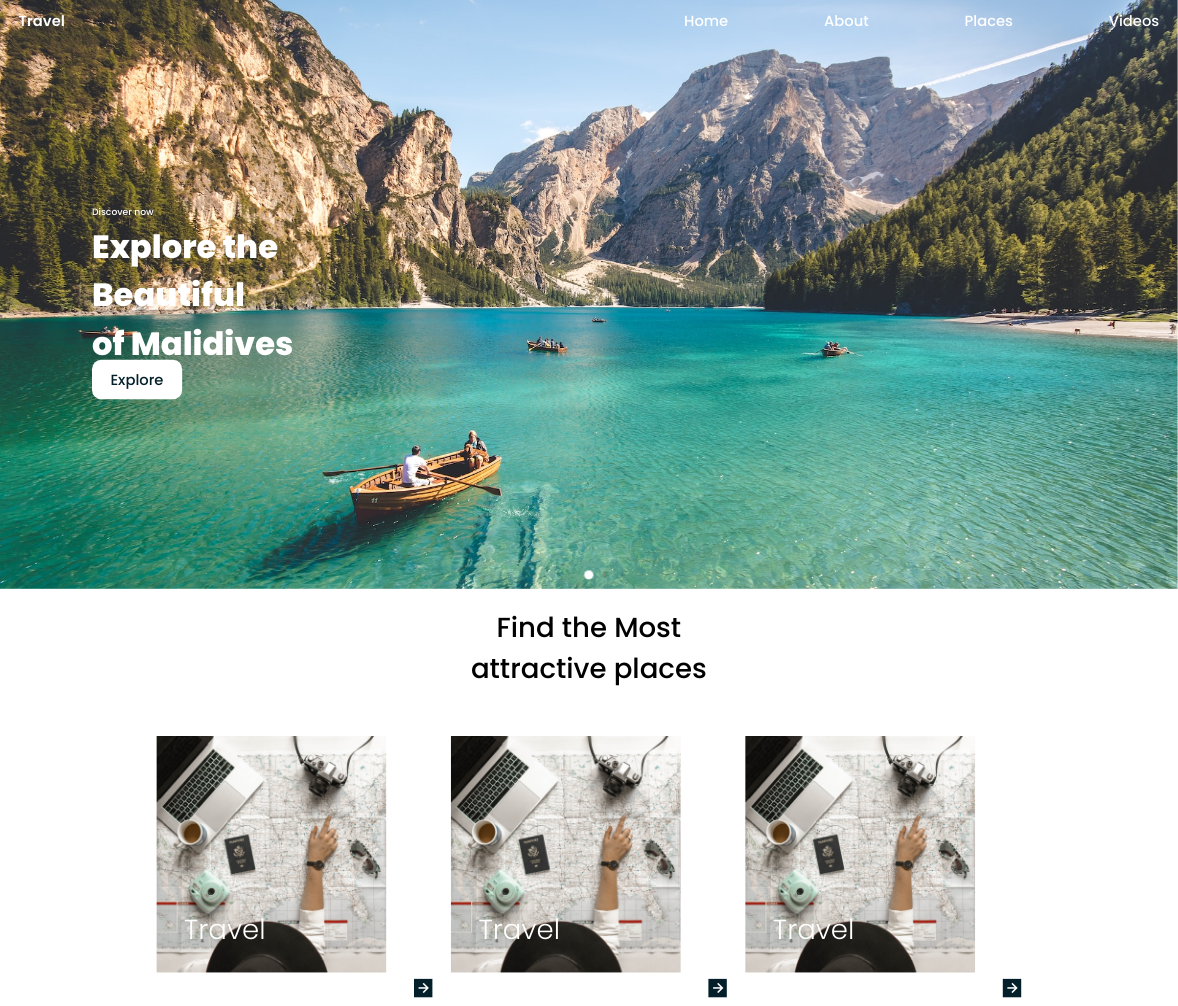
Repository: OmniaRafat232111121/Traveling
Page: index.html
An editor plug-in stored every save of this project. The page is shown before and after the next save, followed by the edit.
The browser window is 1280 px wide. The pictures show the whole page, at 92% of full size.

Above is the page before, as saved 2022-12-20 11:29:35.

### index.html
<!DOCTYPE html>
<html lang="en">
<head>
    <meta charset="UTF-8">
    <meta http-equiv="X-UA-Compatible" content="IE=edge">
    <meta name="viewport" content="width=device-width, initial-scale=1.0">
    <title>Travel Css</title>
    <link rel="stylesheet" href="css/style.css">
    <!--swiper-->
       <link
  rel="stylesheet"
  href="https://cdn.jsdelivr.net/npm/swiper@8/swiper-bundle.min.css"
/>
<!--Box icon-->
 <link rel="stylesheet"
  href="https://cdn.jsdelivr.net/npm/boxicons@latest/css/boxicons.min.css">
</head>
<body>
    <!--navbar start-->
    <header class="header">
        <div class="logo">
        <a href="index.html" >Travel</a>
        </div>
        <div class="'bx bx-menu" id="menu-icon"></div>
        <nav>
            <ul>
                <li><a href="index.html">Home</a></li>
                <li><a href="#about">About</a></li>
                <li><a href="#places">Places</a></li>
                <li><a href="#viedo">Videos</a></li>
            </ul>
        </nav>

    </header>
   <!--navbar end-->
   <!--home start-->
   <section class="home swiper" id="home">
   <div class="swiper-wrapper">
        <div class="swiper-slide container">
            <img src="./imgs/travel1.jpg" alt="travel"/>
            <div class="home-text">
                <span>Discover now</span>
                <h1>Explore the <br>Beautiful<br> of Malidives</h1>
                <a href="#" class="btn"> Explore</a>
            </div>
        </div>

        <div class="swiper-slide container">
            <img src="./imgs/dessert.jpg" alt="travel"/>\
            <div class="home-text">
                <span>Discover now</span>
                <h1>Explore the <br>Beautiful<br> of Malidives</h1>
                <a href="#" class="btn"> Explore</a>
            </div>
        </div>
        <div class="swiper-slide container">
            <img src="./imgs/travel3.jpg" alt="travel"/>
            <div class="home-text">
                <span>Discover now</span>
                <h1>Explore the <br>Beautiful<br> of Malidives</h1>
                <a href="#" class="btn"> Explore</a>
            </div>
        </div>

      </div>
    <div class="swiper-pagination"></div>
   </section>
   <!--home end-->

   <!--places start-->
   <section class="places" id="places">
    <div class="heading">
        <h1>Find the Most <br>attractive places</h1>
        <div class="places-container">
            <div class="box">
                <div class="place-image">
                   <img  src="./imgs/p1.jpg" alt="image" />
                </div>
                <div class="place-heading">
                    <h2>Travel</h2>
                </div>
                <i class='bx bx-right-arrow-alt place-icon'></i>

            </div>
            <div class="box">
                <div class="place-image">
                   <img  src="./imgs/p1.jpg" alt="image" />
                </div>
                <div class="place-heading">
                    <h2>Travel</h2>
                </div>
                <i class='bx bx-right-arrow-alt place-icon'></i>

            </div>
            <div class="box">
                <div class="place-image">
                   <img  src="./imgs/p1.jpg" alt="image" />
                </div>
                <div class="place-heading">
                    <h2>Travel</h2>
                </div>
                <i class='bx bx-right-arrow-alt place-icon'></i>

            </div>

        </div>

    </div>

   </section>

   <!--places ends-->
<!--swiper-->
<script src="https://cdn.jsdelivr.net/npm/swiper@8/swiper-bundle.min.js"></script>
<!--custom js-->
<script src="main.js"></script>
</body>
</html>

### css/style.css
@import url('https://fonts.googleapis.com/css2?family=Be+Vietnam+Pro:wght@100&family=Inter:wght@100;300;400;500;600&family=Montserrat:wght@400;700&family=Nunito:ital,wght@0,200;0,300;1,200&family=Open+Sans:ital,wght@0,300;0,600;0,700;1,300&family=Poppins:ital,wght@0,200;0,300;0,500;0,600;0,800;0,900;1,100;1,200;1,300;1,500&family=Work+Sans:ital,wght@0,100;0,200;0,400;0,500;1,200;1,300&display=swap');
*{
    padding:0;
    margin:0;
    box-sizing: border-box;
    font-family: Poppins,'sans-serif';
    scroll-behavior: smooth;
}
:root{
    --text-color:#021f2a;
    --bf-color:#fff;
}
li{
    list-style: none;
}
a{
    text-decoration: none;
}
header{

    position:fixed;
    width:100%;
    top:0;
    left:0;
    right:0;
    display:flex;
    align-items: center;
    justify-content: space-between;
    padding:10px 20px;
     transition: 0.3s;
     z-index:20000;
}
nav ul li{
    display:inline-block;
    margin-left: 100px;

}
nav ul li a{
    color:#fff;
}
.logo a{
    font-size: 1rem;
    font-weight: 600;
    color:var(--bf-color)
}
nav ul li {
    position: relative;
}
nav ul li a::after{
    content:" ";
    width:0%;
    height:2px;
    background-color:#fff;
    position: absolute;
    bottom: -3px;
    left:0;
    transition: 0.3s;

}
nav ul li a:hover::after{
 width:50px;
}
#menu-icon{
    display:none;
    cursor: pointer;
    z-index:10001;

}
.container{
    position:relative;
    width:100%;
    min-height:640px ;
    display: flex;
    align-items: center;
}
.container img{
    position: absolute;
    width:100%;
    height:100%;
    object-fit: cover;
}
.swiper-pagination-bullet{
padding:5px;
 background:var(--bf-color);
}
/* .swiper-pagination-bullet-active{
    background:var(--bf-color);
} */
span.swiper-pagination-bullet.swiper-pagination-bullet-active.swiper-pagination-bullet-active-main {
    background: #fff;
}
.home-text{
    z-index:20001;
    padding:0px 100px;
}
.home-text span{
    color:#fff;
    font-size: 10px;
}
.home-text h1{
    font-weight: 700;
    font-size: 35px;
    color:#fff;
}
.home-text h1:hover{
    color:var(--text-color);
    transition: 0.3s linear;
}
.btn{
    background-color: var(--bf-color);
    color:var(--text-color);
    padding:10px 20px;
    border-radius: 10px;
    margin-top: 70px;
    font-weight: 500;
}
.btn:hover{
    color: var(--bf-color);
    background-color:var(--text-color);
}

.heading{
    text-align: center;
}
.heading h1{
    font-weight: 500;
    padding:20px;
    font-size: 30px;
}
.places-container{
    display:grid;
    grid-template-columns: repeat(auto-fill,minmax(300px,auto));
    gap:20px;
    padding:30px;
    justify-content: center;
}
.places-container .box{
    position:relative;
}
.box .place-image{
    width:250px;
    overflow: hidden;
}
.places-container .box .place-image img{
    width:100%;
    height:100%;
}
 .box .place-image img:hover{
    transform: scale(1.1);
    transition: 0.3s;
}
.place-heading {
position:absolute;
bottom:30px;
}
.place-heading h2{
    font-weight: 300;
    font-size: 30px;
    color:var(--bf-color);
    margin-left:30px;

}
.place-icon{
    position:absolute;


    right:0;
    color:var(--bf-color);
    background-color: var(--text-color);
    font-size: 20px;
}

### main.js
//swiper
var swiper = new Swiper(".home", {
       loop: true,
       grabCursor:true,
       pagination: {
          el: ".swiper-pagination",
          dynamicBullets: true,
        },
});

After the next save:
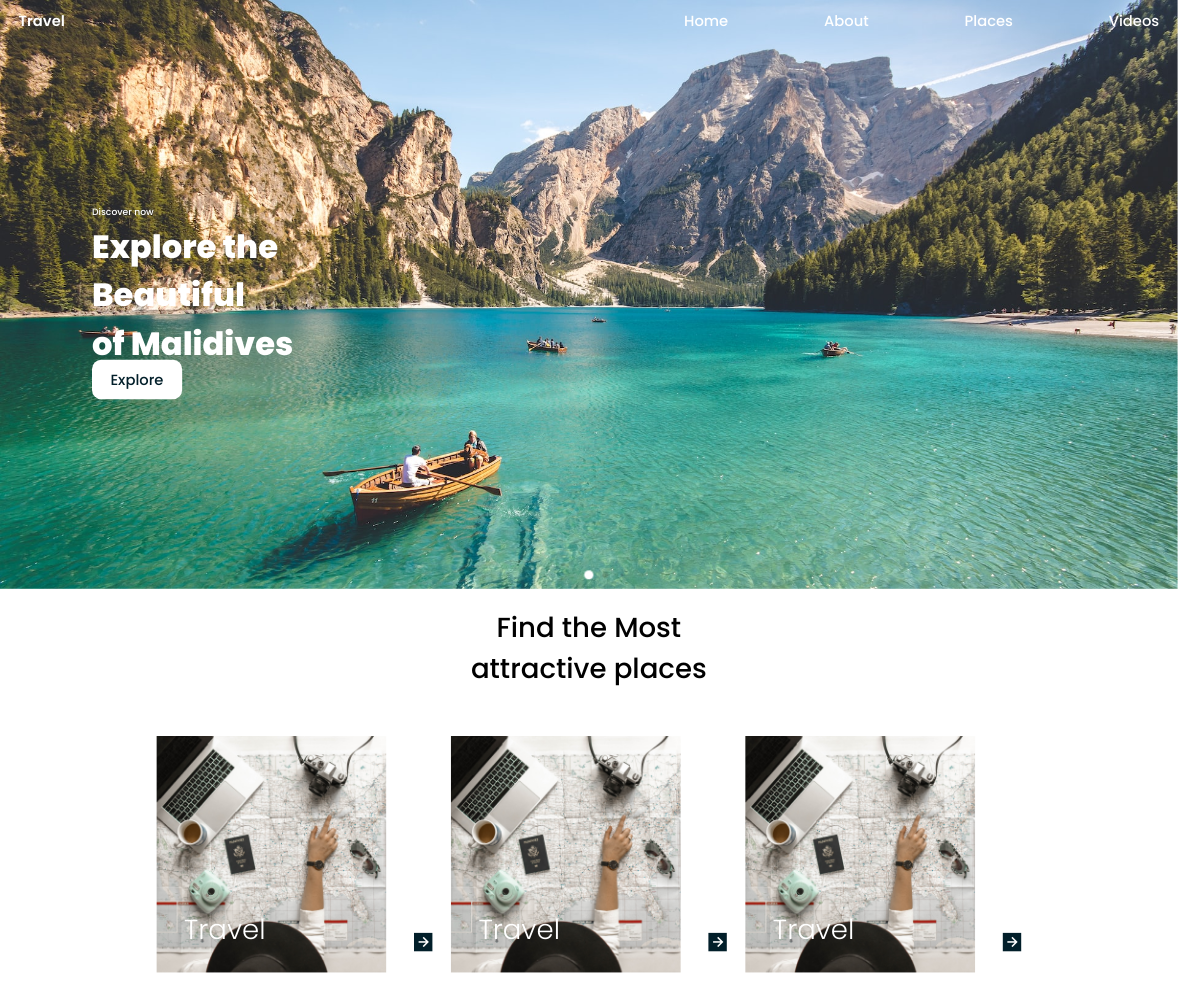
Saved 6 s later.
--- a/css/style.css
+++ b/css/style.css
@@ -163,7 +163,7 @@ bottom:30px;
 .place-icon{
     position:absolute;
 
-
+    bottom:30px;
     right:0;
     color:var(--bf-color);
     background-color: var(--text-color);
